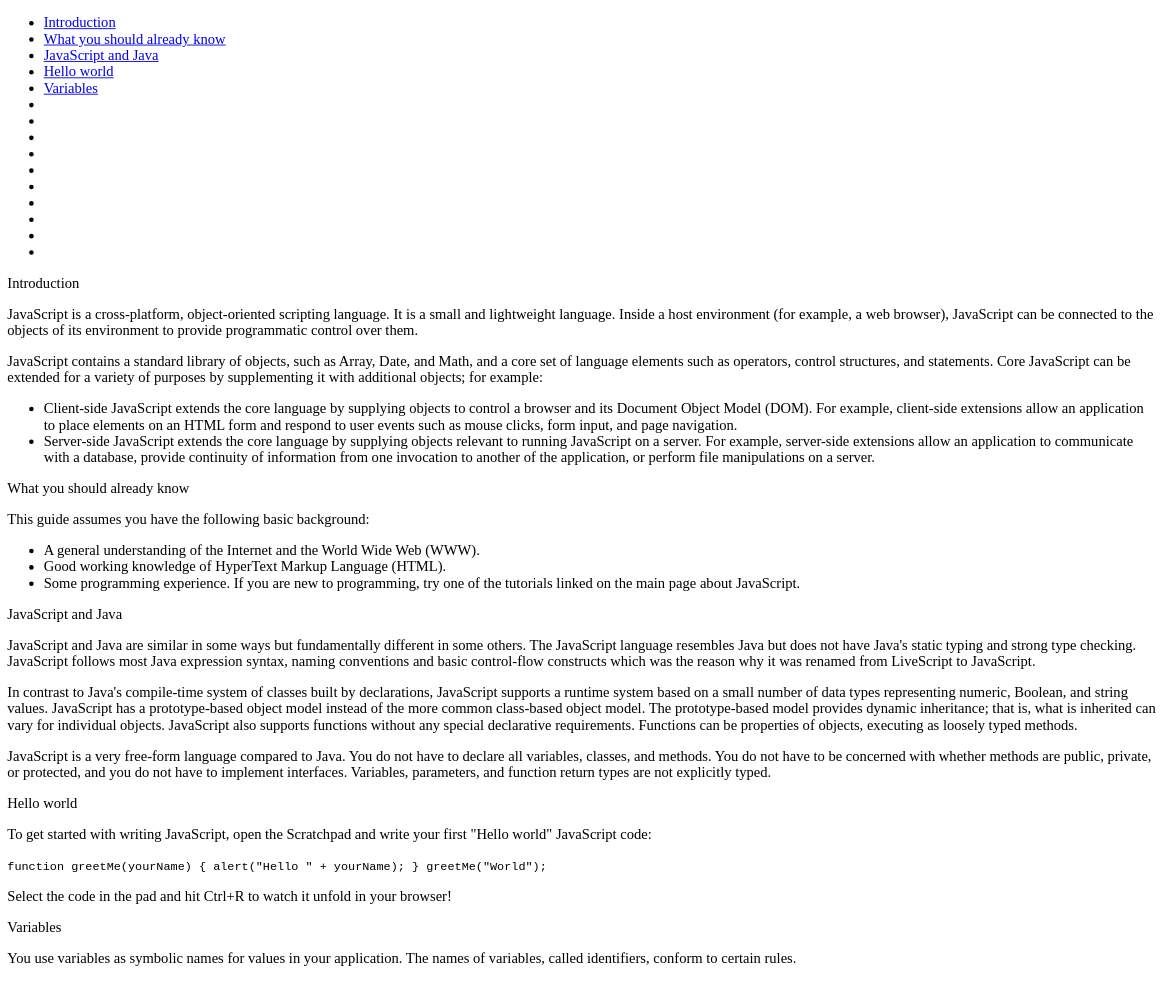
Repository: Lungdjos/technical_document_page_certificate
Page: index.html
An editor plug-in stored every save of this project. The page is shown before and after the next save, followed by the edit.
The browser window is 1280 px wide. The pictures show the whole page, at 91% of full size.

Above is the page before, as saved 2023-11-19 22:44:37.

After the next save:
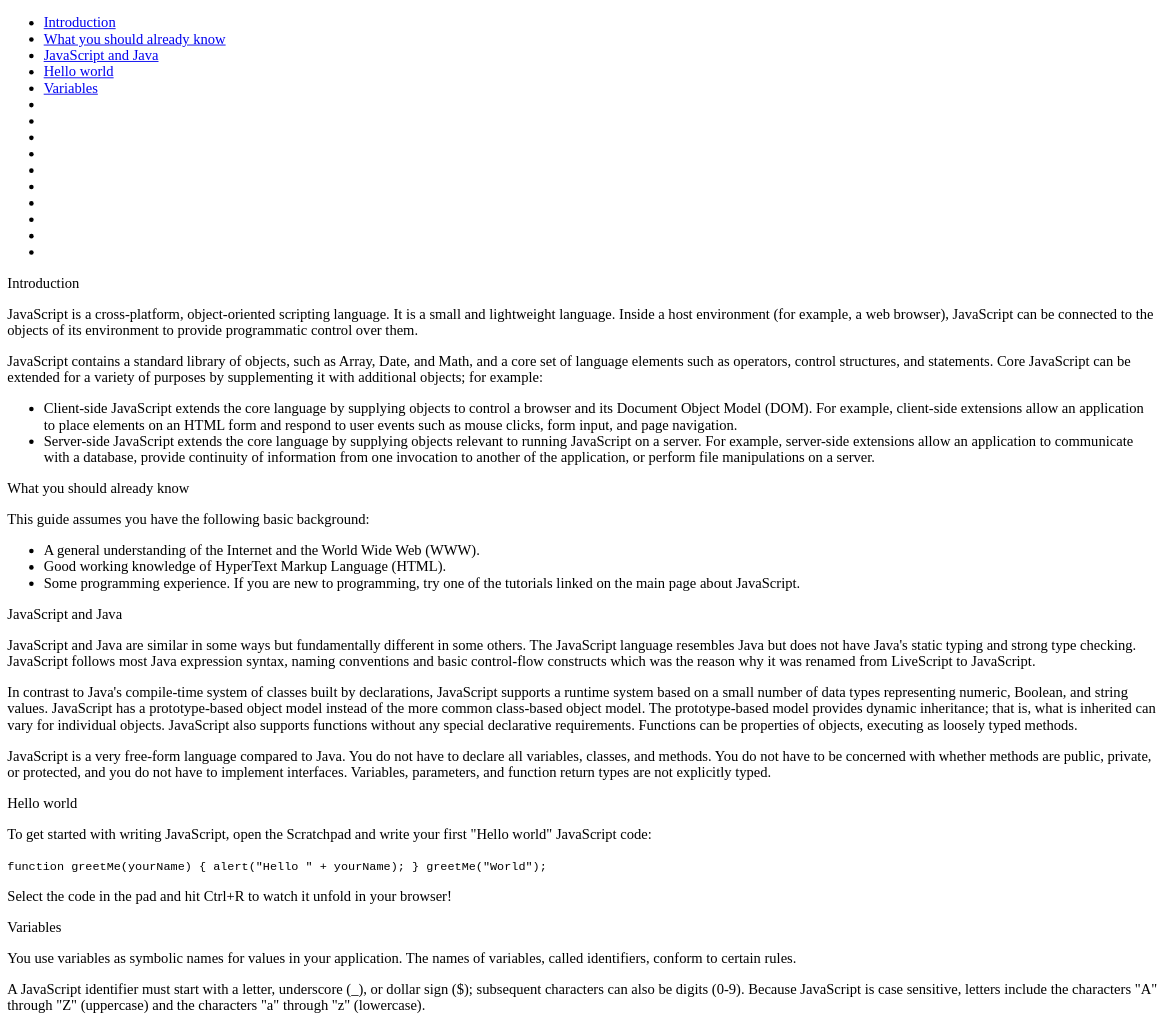
Saved 12 s later.
--- a/index.html
+++ b/index.html
@@ -107,7 +107,8 @@
         <section class="main-section" id="Variables">
             <header id="">Variables</header>
             <p>You use variables as symbolic names for values in your application. The names of variables, called identifiers, conform to certain rules.</p>
-            <p></p>
+            <p>A JavaScript identifier must start with a letter, underscore (_), or dollar sign ($); subsequent characters can also be digits (0-9). Because JavaScript is case sensitive, letters include the characters "A" through "Z" (uppercase) and the
+                characters "a" through "z" (lowercase).</p>
             <p></p>
         </section>
         <section class="main-section" id="">
